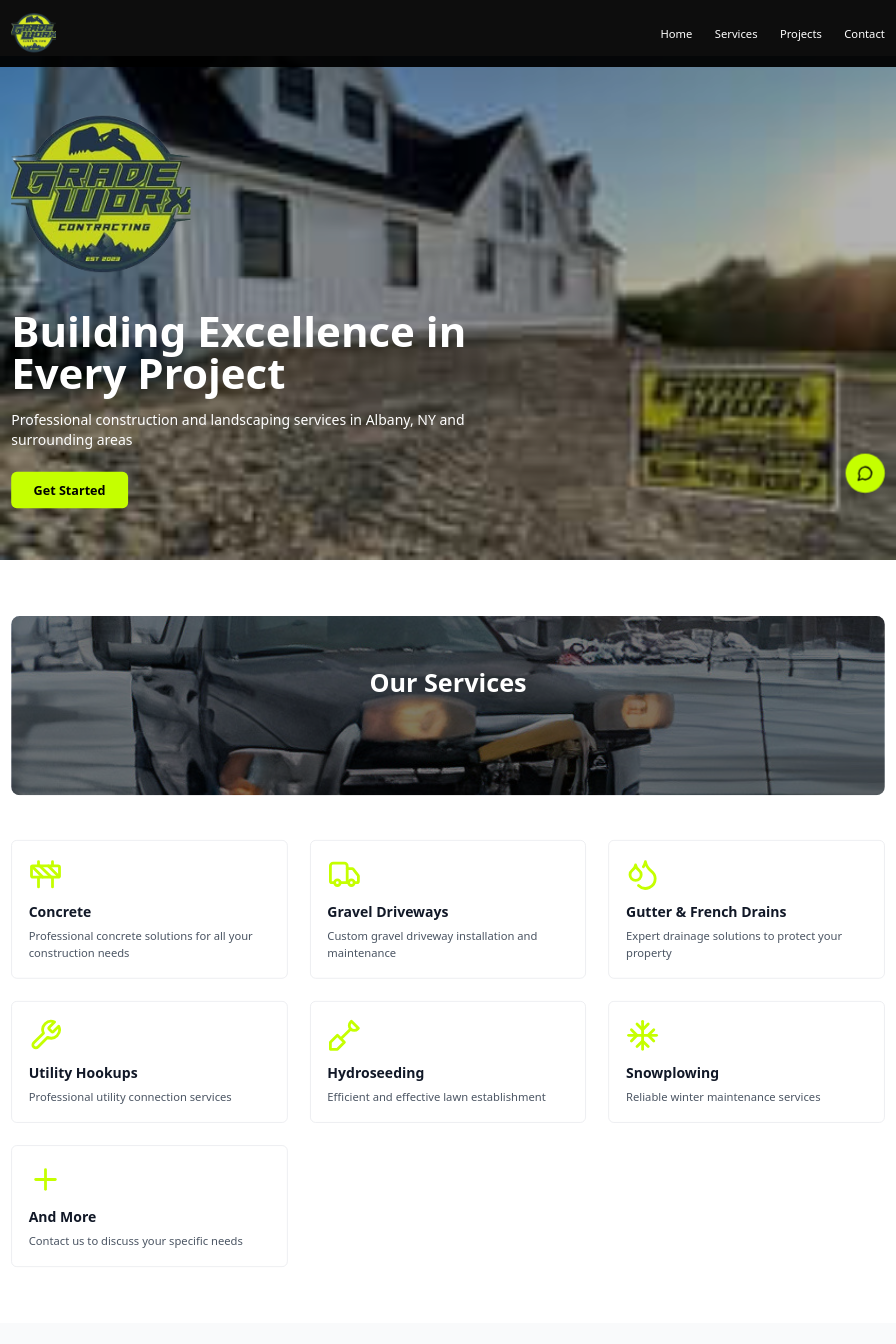
Repository: gabe126679/GradeWorx
Page: /
An editor plug-in stored every save of this project. The page is shown before and after the next save, followed by the edit.
The browser window is 1280 px wide. The pictures show the part of the page from y = 0 to 1920 px (the page is 3566 px tall), at 70% of full size.
The project was rebuilt for these pictures with package versions that can differ from the ones it lists, and the page was loaded fresh each time. Also part of the build but not shown: vite.config.ts.

Above is the page before, as saved 2024-12-16 00:04:31.

### src/App.tsx
import React from 'react';
import Header from './components/Header';
import ChatBot from './components/ChatBot';
import { Home } from './pages/Home';
import { Services } from './pages/Services';
import { Projects } from './pages/Projects';
import { Contact } from './pages/Contact';

function App() {
  return (
    <div className="min-h-screen bg-gray-50">
      <Header />
      <main className="pt-20">
        <Home />
        <Services />
        <Projects />
        <Contact />
      </main>
      <ChatBot />
    </div>
  );
}

export default App;

### src/index.css
@tailwind base;
@tailwind components;
@tailwind utilities;

html {
  scroll-behavior: smooth;
}

body {
  @apply text-gray-900;
}

.prose {
  @apply text-gray-600 leading-relaxed;
}

### src/components/Header.tsx
import React from 'react';
import { Menu, X } from 'lucide-react';
import { useState } from 'react';
import { Link } from './Navigation';

export default function Header() {
  const [isOpen, setIsOpen] = useState(false);

  return (
    <header className="fixed w-full bg-black/95 text-white z-50">
      <nav className="container mx-auto px-4 py-4">
        <div className="flex items-center justify-between">
          <Link href="/" className="flex items-center space-x-2">
            <img
              src="/images/logo.png"
              alt="Gradeworx Logo"
              className="h-16 w-auto"
              style={{ filter: 'brightness(1.1)' }}
            />
          </Link>

          {/* Desktop Navigation */}
          <div className="hidden md:flex space-x-8">
            <Link href="#home">Home</Link>
            <Link href="#services">Services</Link>
            <Link href="#projects">Projects</Link>
            <Link href="#contact">Contact</Link>
          </div>

          {/* Mobile Navigation Button */}
          <button
            className="md:hidden"
            onClick={() => setIsOpen(!isOpen)}
          >
            {isOpen ? <X size={24} /> : <Menu size={24} />}
          </button>
        </div>

        {/* Mobile Navigation Menu */}
        {isOpen && (
          <div className="md:hidden pt-4 pb-6">
            <div className="flex flex-col space-y-4">
              <Link href="#home" onClick={() => setIsOpen(false)}>Home</Link>
              <Link href="#services" onClick={() => setIsOpen(false)}>Services</Link>
              <Link href="#projects" onClick={() => setIsOpen(false)}>Projects</Link>
              <Link href="#contact" onClick={() => setIsOpen(false)}>Contact</Link>
            </div>
          </div>
        )}
      </nav>
    </header>
  );
}

### src/components/ChatBot.tsx
import React, { useState } from 'react';
import { MessageCircle, X } from 'lucide-react';

export default function ChatBot() {
  const [isOpen, setIsOpen] = useState(false);

  return (
    <div className="fixed bottom-4 right-4 z-50">
      {isOpen ? (
        <div className="bg-white rounded-lg shadow-xl w-80 overflow-hidden">
          <div className="bg-black p-4 flex justify-between items-center">
            <h3 className="text-white font-semibold">Chat with us</h3>
            <button onClick={() => setIsOpen(false)} className="text-white">
              <X size={20} />
            </button>
          </div>
          <div className="p-4 h-96 bg-gray-50">
            <div className="mb-4 text-sm">
              Hello! How can we help you today?
            </div>
            <textarea
              className="w-full p-2 border rounded-lg"
              placeholder="Type your message..."
              rows={3}
            />
            <button className="mt-2 bg-[#c5ff00] text-black px-4 py-2 rounded-lg w-full hover:bg-[#a3d600] transition-colors">
              Send Message
            </button>
          </div>
        </div>
      ) : (
        <button
          onClick={() => setIsOpen(true)}
          className="bg-[#c5ff00] text-black p-4 rounded-full shadow-lg hover:bg-[#a3d600] transition-colors"
        >
          <MessageCircle size={24} />
        </button>
      )}
    </div>
  );
}

### src/pages/Home.tsx
export function Home() {
  return (
    <section id="home" className="relative h-screen">
      <div
        className="absolute inset-0 bg-cover bg-center"
        style={{
          backgroundImage: 'url("/images/cover.jpg")',
          filter: 'brightness(0.7)'
        }}
      />
      <div className="relative h-full flex items-center">
        <div className="container mx-auto px-4">
          <div className="max-w-3xl">
            <img
              src="/images/logo.png"
              alt="Gradeworx Logo"
              className="w-64 mb-8"
            />
            <h1 className="text-5xl md:text-6xl font-bold text-white mb-6">
              Building Excellence in Every Project
            </h1>
            <p className="text-xl text-white mb-8">
              Professional construction and landscaping services in Albany, NY and surrounding areas
            </p>
            <a
              href="#contact"
              className="bg-[#c5ff00] text-black px-8 py-3 rounded-lg text-lg font-semibold hover:bg-[#a3d600] transition-colors inline-block"
            >
              Get Started
            </a>
          </div>
        </div>
      </div>
    </section>
  );
}

### src/pages/Services.tsx
import { Section } from '../components/ui/Section';
import { SectionTitle } from '../components/ui/SectionTitle';
import { ServiceCard } from '../components/ServiceCard';
import { services } from '../data/services';

export function Services() {
  return (
    <Section id="services" className="bg-white">
      <div className="relative mb-16 h-64 rounded-xl overflow-hidden">
        <img
          src="/images/service1.jpg"
          alt="Our Services"
          className="w-full h-full object-cover"
          style={{ width: '100%', height: '100%', objectFit: 'cover' }}
        />
        <div className="absolute inset-0 bg-black/50 flex items-center justify-center">
          <SectionTitle className="text-white mb-0">Our Services</SectionTitle>
        </div>
      </div>
      <div className="grid grid-cols-1 md:grid-cols-2 lg:grid-cols-3 gap-8">
        {services.map((service, index) => (
          <ServiceCard key={index} {...service} />
        ))}
      </div>
    </Section>
  );
}

### src/pages/Projects.tsx
import React from 'react';

export function Projects() {
  return (
    <section id="projects" className="py-20 bg-gray-50">
      <div className="container mx-auto px-4">
        <h2 className="text-4xl font-bold text-center mb-16">Our Projects</h2>

        <div className="max-w-4xl mx-auto mb-16">
          <h3 className="text-2xl font-bold mb-6">About Gradeworx Contracting</h3>
          <div className="prose lg:prose-lg">
            <p className="mb-4">
              At Gradeworx Contracting, we are dedicated to delivering top-notch construction and landscaping services to Albany, NY, and the surrounding areas. With a proven track record of excellence, we specialize in a range of projects, including concrete work, gravel driveways, gutter and French drain installations, utility hookups, hydroseeding, and snowplowing.
            </p>
            <p className="mb-4">
              Our team combines skill, reliability, and a commitment to customer satisfaction, ensuring every project is completed to the highest standard. Whether it's enhancing your property with durable concrete solutions, preparing your landscape with expert grading and hydroseeding, or keeping your driveways clear in winter, Gradeworx is here to exceed your expectations.
            </p>
            <p>
              Explore our gallery to see how we've helped clients transform their properties with exceptional craftsmanship and attention to detail. Let us help you bring your next project to life!
            </p>
          </div>
        </div>

        <div className="grid grid-cols-1 md:grid-cols-2 gap-8">
          <div className="rounded-lg overflow-hidden shadow-lg">
            <img src="/images/project1.jpg" alt="Completed driveway project" className="w-full h-64 object-cover" />
            <div className="p-4 bg-white">
              <h3 className="font-semibold text-xl mb-2">Driveway Installation</h3>
              <p className="text-gray-600">Professional driveway installation with attention to detail</p>
            </div>
          </div>
          <div className="rounded-lg overflow-hidden shadow-lg">
            <img src="/images/project2.jpg" alt="Landscaping project" className="w-full h-64 object-cover" />
            <div className="p-4 bg-white">
              <h3 className="font-semibold text-xl mb-2">Landscape Design</h3>
              <p className="text-gray-600">Beautiful landscape transformation</p>
            </div>
          </div>
        </div>
      </div>
    </section>
  );
}

### src/pages/Contact.tsx
import React from 'react';
import { Phone, Mail, MapPin } from 'lucide-react';
import { Section } from '../components/ui/Section';
import { SectionTitle } from '../components/ui/SectionTitle';
import { Input } from '../components/ui/Input';
import { Button } from '../components/ui/Button';

export function Contact() {
  return (
    <Section id="contact" className="bg-black text-white">
      <SectionTitle>Contact Us</SectionTitle>

      <div className="grid grid-cols-1 md:grid-cols-2 gap-12 max-w-4xl mx-auto">
        <div>
          <h3 className="text-2xl font-semibold mb-6">Get in Touch</h3>
          <div className="space-y-4">
            <div className="flex items-center space-x-4">
              <Phone className="text-[#c5ff00]" />
              <a href="tel:518-477-0158" className="hover:text-[#c5ff00] transition-colors">
                518-477-0158
              </a>
            </div>
            <div className="flex items-center space-x-4">
              <Mail className="text-[#c5ff00]" />
              <a href="mailto:info@gradeworxcontracting.com" className="hover:text-[#c5ff00] transition-colors">
                info@gradeworxcontracting.com
              </a>
            </div>
            <div className="flex items-center space-x-4">
              <MapPin className="text-[#c5ff00]" />
              <span>Albany, NY and surrounding areas</span>
            </div>
          </div>
        </div>

        <form className="space-y-4">
          <Input label="Name" type="text" />
          <Input label="Email" type="email" />
          <div>
            <label className="block mb-2">Message</label>
            <textarea
              rows={4}
              className="w-full p-2 rounded-lg bg-gray-800 border border-gray-700 focus:border-[#c5ff00] focus:outline-none"
            ></textarea>
          </div>
          <Button type="submit">Send Message</Button>
        </form>
      </div>
    </Section>
  );
}

### src/components/Navigation.tsx
import React from 'react';

interface LinkProps {
  href: string;
  children: React.ReactNode;
  className?: string;
  onClick?: () => void;
}

export function Link({ href, children, className = '', onClick }: LinkProps) {
  return (
    <a
      href={href}
      className={`text-white hover:text-[#c5ff00] transition-colors ${className}`}
      onClick={onClick}
    >
      {children}
    </a>
  );
}

### src/components/ui/Section.tsx
import React from 'react';

interface SectionProps {
  id: string;
  className?: string;
  children: React.ReactNode;
}

export function Section({ id, className = '', children }: SectionProps) {
  return (
    <section id={id} className={`py-20 ${className}`}>
      <div className="container mx-auto px-4">
        {children}
      </div>
    </section>
  );
}

### src/components/ui/SectionTitle.tsx
import React from 'react';

interface SectionTitleProps {
  children: React.ReactNode;
  className?: string;
}

export function SectionTitle({ children, className = '' }: SectionTitleProps) {
  return (
    <h2 className={`text-4xl font-bold text-center mb-16 ${className}`}>
      {children}
    </h2>
  );
}

### src/components/ServiceCard.tsx
import React from 'react';
import { LucideIcon } from 'lucide-react';

interface ServiceCardProps {
  icon: LucideIcon;
  title: string;
  description: string;
}

export function ServiceCard({ icon: Icon, title, description }: ServiceCardProps) {
  return (
    <div className="p-6 border rounded-lg hover:shadow-lg transition-shadow">
      <Icon className="w-12 h-12 text-[#c5ff00] mb-4" />
      <h3 className="text-xl font-semibold mb-2">{title}</h3>
      <p className="text-gray-600">{description}</p>
    </div>
  );
}

### src/data/services.ts
import {
  Construction,
  Truck,
  Droplets,
  Wrench,
  Snowflake,
  Shovel,
  Plus
} from 'lucide-react';

export const services = [
  {
    icon: Construction,
    title: 'Concrete',
    description: 'Professional concrete solutions for all your construction needs'
  },
  {
    icon: Truck,
    title: 'Gravel Driveways',
    description: 'Custom gravel driveway installation and maintenance'
  },
  {
    icon: Droplets,
    title: 'Gutter & French Drains',
    description: 'Expert drainage solutions to protect your property'
  },
  {
    icon: Wrench,
    title: 'Utility Hookups',
    description: 'Professional utility connection services'
  },
  {
    icon: Shovel,
    title: 'Hydroseeding',
    description: 'Efficient and effective lawn establishment'
  },
  {
    icon: Snowflake,
    title: 'Snowplowing',
    description: 'Reliable winter maintenance services'
  },
  {
    icon: Plus,
    title: 'And More',
    description: 'Contact us to discuss your specific needs'
  }
];

### src/components/ui/Input.tsx
import React from 'react';

interface InputProps extends React.InputHTMLAttributes<HTMLInputElement> {
  label: string;
}

export function Input({ label, className = '', ...props }: InputProps) {
  return (
    <div>
      <label className="block mb-2">{label}</label>
      <input
        className={`w-full p-2 rounded-lg bg-gray-800 border border-gray-700 focus:border-[#c5ff00] focus:outline-none ${className}`}
        {...props}
      />
    </div>
  );
}

### src/components/ui/Button.tsx
import React from 'react';

interface ButtonProps extends React.ButtonHTMLAttributes<HTMLButtonElement> {
  variant?: 'primary' | 'secondary';
  children: React.ReactNode;
}

export function Button({ variant = 'primary', className = '', children, ...props }: ButtonProps) {
  const baseStyles = 'px-6 py-2 rounded-lg font-semibold transition-colors';
  const variants = {
    primary: 'bg-[#c5ff00] text-black hover:bg-[#a3d600]',
    secondary: 'bg-gray-800 text-white hover:bg-gray-700'
  };

  return (
    <button
      className={`${baseStyles} ${variants[variant]} ${className}`}
      {...props}
    >
      {children}
    </button>
  );
}

Loaded but not shown: index.html (common file); src/main.tsx (common file); tailwind.config.js (common file)

After the next save:
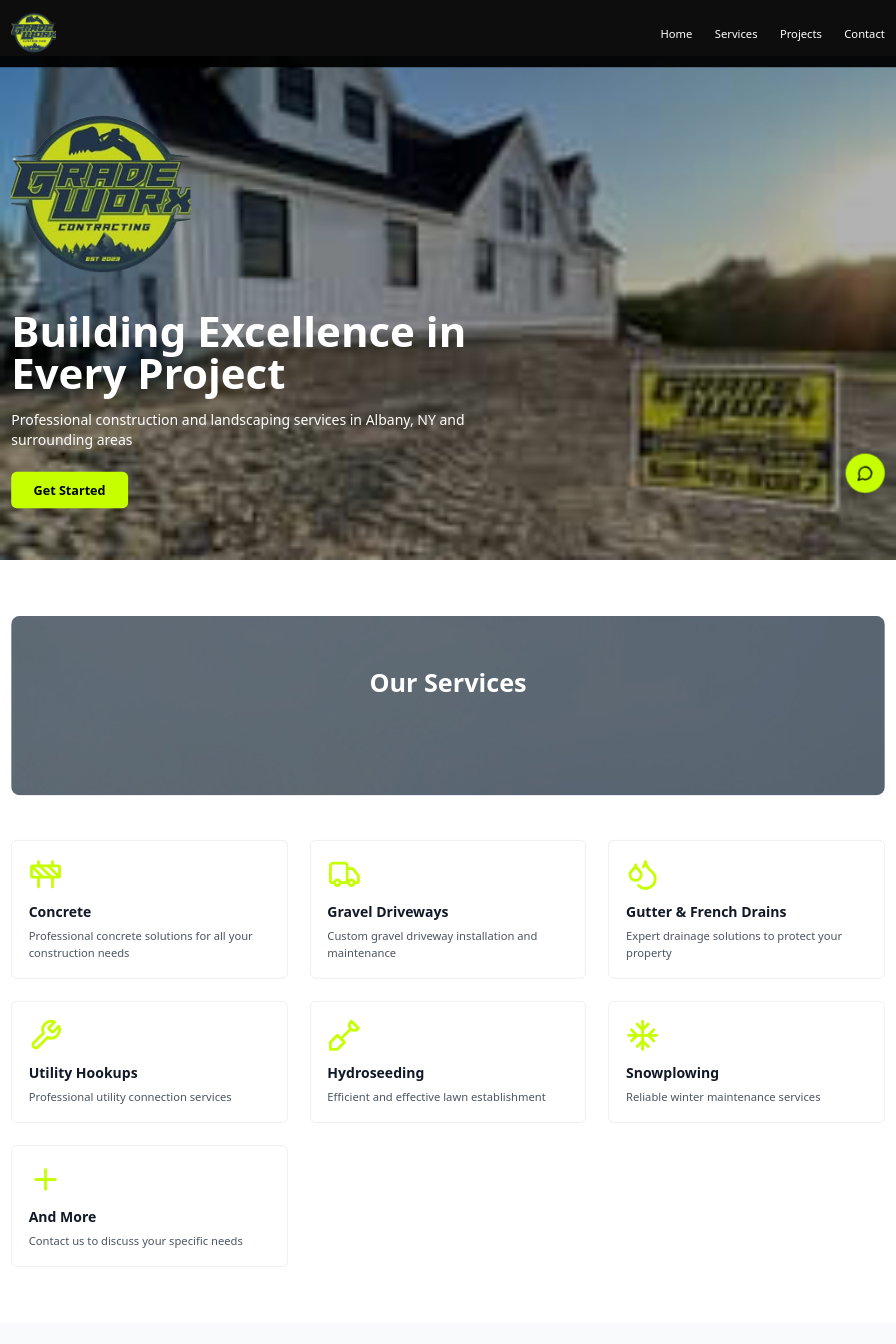
Saved 70 s later.
--- a/src/pages/Services.tsx
+++ b/src/pages/Services.tsx
@@ -11,7 +11,7 @@
           src="/images/service1.jpg"
           alt="Our Services"
           className="w-full h-full object-cover"
-          style={{ width: '100%', height: '100%', objectFit: 'cover' }}
+          style={{ width: '100%', height: 'auto', objectFit: 'contain' }}
         />
         <div className="absolute inset-0 bg-black/50 flex items-center justify-center">
           <SectionTitle className="text-white mb-0">Our Services</SectionTitle>
